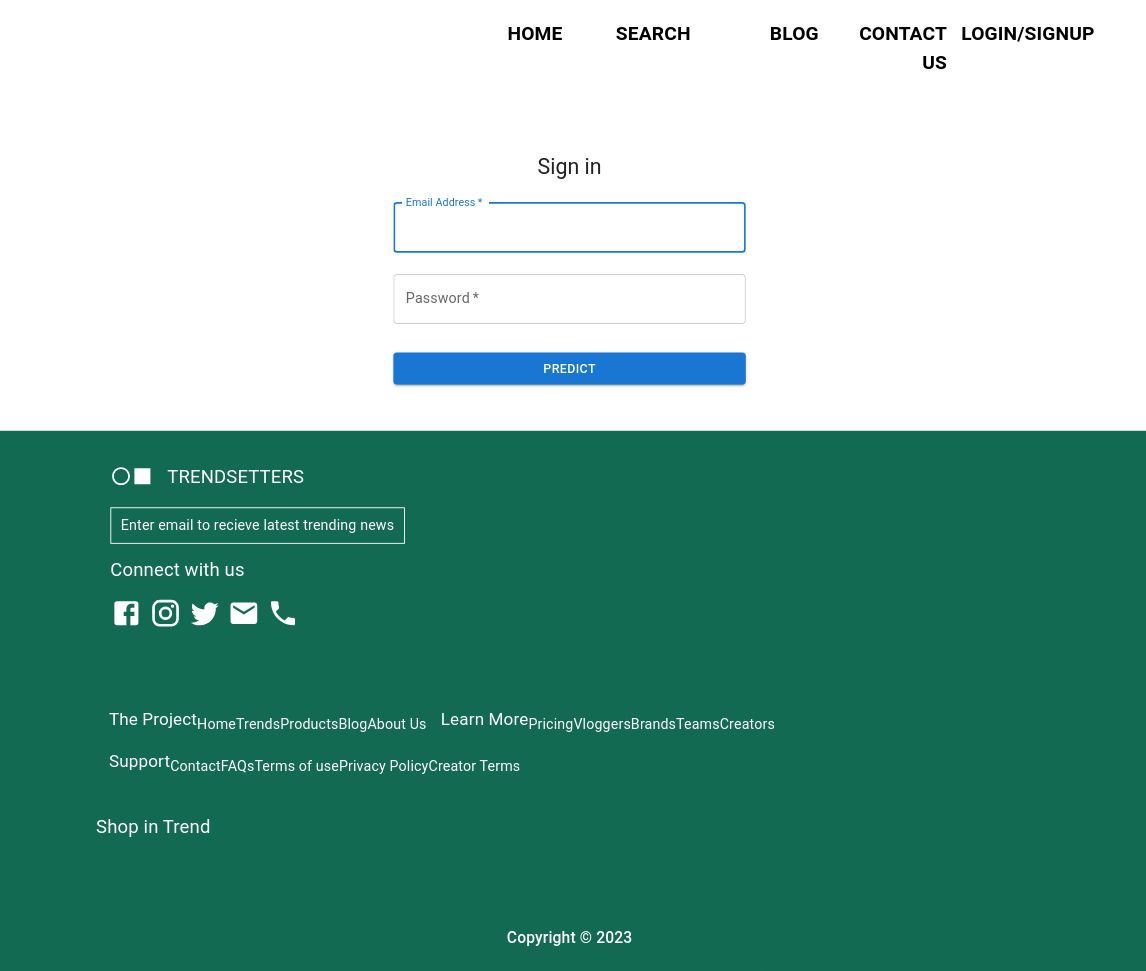
Repository: PRACHIP09/TRINIT_PICO-ZEN_DEV03
Page: /submitform
The author's editor kept a copy of each file at every save. The page is drawn from the files as they stood at one save, then again after the next save.
The browser window is 1280 px wide. The page is 1288 px wide, so the pictures cover 1288 px, including what lies to the right of the window. The pictures show the whole page, at 89% of full size.
Pictures or frames that could not be fetched are drawn as grey boxes. Some web fonts or font styles are not loaded; a fallback is used. The project was rebuilt for these pictures with package versions that can differ from the ones it lists, and the page was loaded fresh each time. Some packages were replaced by stand-ins written for this rebuild. Also part of the build but not shown: src/App.css, src/Pages/Login.jsx, src/Pages/HomePage.jsx, src/Pages/Signup.jsx, src/Pages/Contact.jsx, src/Components/ChatBot/Chatbot.jsx, src/Components/ChatBot/Footer.jsx, src/Components/Farmernavbar/Mobilenavbar.jsx and 29 more.

Above is the page before, as saved 2023-02-11 19:29:40.

### src/index.css
body {
  margin: 0;
  font-family: -apple-system, BlinkMacSystemFont, 'Segoe UI', 'Roboto', 'Oxygen',
    'Ubuntu', 'Cantarell', 'Fira Sans', 'Droid Sans', 'Helvetica Neue',
    sans-serif;
  -webkit-font-smoothing: antialiased;
  -moz-osx-font-smoothing: grayscale;
  text-align: center;
  background-color: #BDF2CD;
}

code {
  font-family: source-code-pro, Menlo, Monaco, Consolas, 'Courier New',
    monospace;
}

.top-marg{
  margin-top: 18rem;
}
.top-marg-signup{
  margin-top: 15rem;
}
.hide-feature{
  display: none;
}
@media screen and (max-width: 900px) {
  .top-marg, .top-marg-signup{
    margin-top: 4rem;
  }
}

### src/Components/ChatBot/Navbar.jsx
import React, { useState } from 'react'
import './Navbar.css';
import { Grid , Drawer} from '@mui/material';
import { NavLink } from 'react-router-dom';
import SmartToyIcon from '@mui/icons-material/SmartToy';
import Modal from "react-modal";
import SimpleForm from './Chatbot';
import ArrowForwardIosIcon from '@mui/icons-material/ArrowForwardIos';
import ArrowBackIosIcon from '@mui/icons-material/ArrowBackIos';
import Mobilenavbar from './Mobilenavbar';

const Navbar = () => {

  const [ModalOpen, setModalOpen] = useState(false);
  const [open, setOpen] = React.useState(false);
  const handleDrawerOpen = () => {
    setOpen(true);
  };
  const handleDrawerClose = () => {
    setOpen(false);
  };
  return (
    <div>
      <Grid container spacing={2} sx={{padding: "3vh 0vh"}}>
        <Grid item xs={4}></Grid>
        <Grid item xs={8} className="webnavbar">
          <Grid container spacing={2}
            sx={{ fontSize: "1.35rem", textDecoration: "none" , textAlign:"right"}}>
            <Grid item xs={3}>
              <NavLink exact activeClassName="active" to='/' className="indicator">HOME</NavLink>
            </Grid>
            <Grid item xs={2}>
              <NavLink activeClassName="active" to='/search' className="indicator">SEARCH</NavLink>
            </Grid>
            <Grid item xs={2}>
              <NavLink activeClassName="active" to='/blog' className="indicator">BLOG</NavLink>
            </Grid>
            <Grid item xs={2}>
              <NavLink activeClassName="active" to='/contactus' className="indicator">CONTACT US</NavLink>
            </Grid>
            <Grid item xs={2}>
              <NavLink activeClassName="active" to='/login' className="indicator">LOGIN/SIGNUP</NavLink>
            </Grid>
          </Grid>
        </Grid>
        <Grid item xs={8}
          style={{ textAlign: "right" }}
          className="mobilenavbar">
          <ArrowBackIosIcon style={{ width: "2rem", height: "2rem", cursor: "pointer" }}
            onClick={handleDrawerOpen} />
        </Grid>
      </Grid>
      <Drawer
        sx={{
          width: 500,
          flexShrink: 0,
          '& .MuiDrawer-paper': {
            width: 350,
            paddingRight: "2rem",
            boxShadow: "none",
            border: "none",
            boxSizing: 'border-box',
            backgroundColor: "#BDF2CD"
          },

        }}
        variant="persistent"
        anchor="right"
        open={open}
      >
        <ArrowForwardIosIcon onClick={handleDrawerClose}
          style={{ height: "2rem", width: "2rem", cursor: "pointer", marginLeft: "90%", marginTop: "2.5vh" }} />
        <Mobilenavbar />
      </Drawer>
    </div>
  )
}

export default Navbar

### src/Pages/Farmers/SubmitForm.jsx
import * as React from 'react';
import Avatar from '@mui/material/Avatar';
import Button from '@mui/material/Button';
import CssBaseline from '@mui/material/CssBaseline';
import TextField from '@mui/material/TextField';
import FormControlLabel from '@mui/material/FormControlLabel';
import Checkbox from '@mui/material/Checkbox';
import Link from '@mui/material/Link';
import Grid from '@mui/material/Grid';
import Box from '@mui/material/Box';
import LockOutlinedIcon from '@mui/icons-material/LockOutlined';
import Typography from '@mui/material/Typography';
import Container from '@mui/material/Container';
import { createTheme, ThemeProvider } from '@mui/material/styles';


const theme = createTheme();

export default function SignIn() {
  const handleSubmit = (event) => {
    event.preventDefault();
    const data = new FormData(event.currentTarget);
    console.log({
      email: data.get('email'),
      password: data.get('password'),
    });
  };

  return (
    <ThemeProvider theme={theme}>
      <Container component="main" maxWidth="xs">
        <CssBaseline />
        <Box
          sx={{
            marginTop: 8,
            display: 'flex',
            flexDirection: 'column',
            alignItems: 'center',
          }}
        >

          <Typography component="h1" variant="h5">
            Sign in
          </Typography>
          <Box component="form" onSubmit={handleSubmit} noValidate sx={{ mt: 1 }}>
            <TextField
              margin="normal"
              required
              fullWidth
              id="email"
              label="Email Address"
              name="email"
              autoComplete="email"
              autoFocus
            />
            <TextField
              margin="normal"
              required
              fullWidth
              name="password"
              label="Password"
              type="password"
              id="password"
              autoComplete="current-password"
            />
            <Button
              type="submit"
              fullWidth
              variant="contained"
              sx={{ mt: 3, mb: 2 }}
            >
              Predict
            </Button>

          </Box>
        </Box>

      </Container>
    </ThemeProvider>
  );
}

### src/Components/ChatBot/Navbar.css
@import url('https://fonts.googleapis.com/css2?family=Barrio&family=Cinzel+Decorative&family=La+Belle+Aurore&family=Lavishly+Yours&family=Libre+Barcode+128+Text&family=Libre+Barcode+39&family=Libre+Barcode+39+Text&family=Marck+Script&family=Monoton&family=Ms+Madi&family=Oranienbaum&family=Scada&family=Zilla+Slab+Highlight&display=swap');
body{
    font-family: 'Scada', sans-serif;
}
.active{
    text-decoration: none;
    color:#198769 !important;

}
.indicator
{
    text-decoration: none;
    color: black;
    font-weight: 600;
}
.mobilehead
{
    font-family: 'Ms Madi', cursive;
    font-weight: 600;

}
.fashionhead
{
    font-family: 'Libre Barcode 128 Text', cursive;
}
.elchead{
    font-family: 'Cinzel Decorative', cursive;
}
.btn
{
    font-family: 'Scada', sans-serif;
}
.btnstyle
{
    font-family: 'La Belle Aurore', cursive;
}
.cards :hover
{
    background-color: #7e3535;
    border:3px solid #f8f8f8;
}

button {
    cursor: pointer;
    font: inherit;
    margin: 0;
    padding: 0;
  }

  .button {
    background-color: #404663;
    color: #fff;
    border: 0;
    font-size: 2rem;
    font-weight: 400;
    padding: 0.5em 1.25em;
    border-radius: 0.5em;
    z-index: 999;
    position: relative;
    display: flex;
    gap: 0.5em;
    box-shadow:
      0px 1.7px 2.2px rgba(0, 0, 0, 0.02),
      0px 4px 5.3px rgba(0, 0, 0, 0.028),
      0px 7.5px 10px rgba(0, 0, 0, 0.035),
      0px 13.4px 17.9px rgba(0, 0, 0, 0.042),
      0px 25.1px 33.4px rgba(0, 0, 0, 0.05),
      0px 60px 80px rgba(0, 0, 0, 0.07);
  }

  .button:active {
    transform: scale(1.01);
  }
  .navbarfix{
    top:0;
    background-color: #7e3535;
    position: -webkit-sticky;
    position: sticky;
    display: block;

  }
  .fashioninner{
    text-decoration: none;
    color:"black";
    font-family: 'Libre Barcode 128 Text', cursive;
    font-size: 4rem;
  }
  .mobileinner{
    text-decoration: none;
    color:"black";
    font-family: 'Ms Madi', cursive;
    font-weight: 600;
    font-size: 3.2rem;

  }
  .travelinner{
    text-decoration: none;
    color:"black";
    font-family: 'Ms Madi', cursive;
    font-weight: 600;
    font-size: 3.2rem;
  }
  .electronicsinner{
    text-decoration: none;
    color:"black";
    font-family: 'Cinzel Decorative', cursive;
    font-size: 1.8rem;
    margin-top:5vh;
    font-weight: 600;
  }
  .electricalinner{
    text-decoration: none;
    color:"black";
    font-family: 'Cinzel Decorative', cursive;
    font-size: 1.8rem;
    font-weight: 600;
  }
  .homeinner{
    text-decoration: none;
    color:"black";
    font-family: 'La Belle Aurore', cursive;
    font-weight: 600;
    font-size: 2.2rem;
  }
  .groceryinner{
    text-decoration: none;
    color:"black";
    font-size: 2.5rem;
    font-weight: 600;
    letter-spacing: 2px;
  }



@media screen and (min-width: 900px) {
  .mobilenavbar{
      display:none;
  }
}
@media screen and (max-width: 900px) {
  .webnavbar{
      display:none;
  }
}

### src/Components/ChatBot/Mobilenavbar.jsx
import React, { useState } from 'react'
import './Navbar.css';
import { Grid } from '@mui/material';
import { NavLink } from 'react-router-dom';
const Mobilenavbar = () => {
    return (
        <div>
            <Grid container spacing={2}
                sx={{ fontSize: "1.35rem", textDecoration: "none" }}>
                <Grid item xs={12}>
                    <NavLink exact activeClassName="active" to='/' className="indicator">HOME</NavLink>
                </Grid>
                <Grid item xs={12}>
                    <NavLink activeClassName="active" to='/trends' className="indicator">TRENDS</NavLink>
                </Grid>
                <Grid item xs={12}>
                    <NavLink activeClassName="active" to='/blog' className="indicator">BLOG</NavLink>
                </Grid>
                <Grid item xs={12}>
                    <NavLink activeClassName="active" to='/contactus' className="indicator">CONTACT US</NavLink>
                </Grid>
                <Grid item xs={2}>
              <NavLink activeClassName="active" to='/login' className="indicator">LOGIN/SIGNUP</NavLink>
            </Grid>
            </Grid>
        </div>
    )
}

export default Mobilenavbar

### src/Components/Farmernavbar/Navbar.css
@import url('https://fonts.googleapis.com/css2?family=Barrio&family=Cinzel+Decorative&family=La+Belle+Aurore&family=Lavishly+Yours&family=Libre+Barcode+128+Text&family=Libre+Barcode+39&family=Libre+Barcode+39+Text&family=Marck+Script&family=Monoton&family=Ms+Madi&family=Oranienbaum&family=Scada&family=Zilla+Slab+Highlight&display=swap');
body{
    font-family: 'Scada', sans-serif;
}
.active{
    text-decoration: none;
    color:#198769 !important;

}
.indicator
{
    text-decoration: none;
    color: black;
    font-weight: 600;
}
.mobilehead
{
    font-family: 'Ms Madi', cursive;
    font-weight: 600;

}
.fashionhead
{
    font-family: 'Libre Barcode 128 Text', cursive;
}
.elchead{
    font-family: 'Cinzel Decorative', cursive;
}
.btn
{
    font-family: 'Scada', sans-serif;
}
.btnstyle
{
    font-family: 'La Belle Aurore', cursive;
}
.cards :hover
{
    background-color: #7e3535;
    border:3px solid #f8f8f8;
}

button {
    cursor: pointer;
    font: inherit;
    margin: 0;
    padding: 0;
  }

  .button {
    background-color: #404663;
    color: #fff;
    border: 0;
    font-size: 2rem;
    font-weight: 400;
    padding: 0.5em 1.25em;
    border-radius: 0.5em;
    z-index: 999;
    position: relative;
    display: flex;
    gap: 0.5em;
    box-shadow:
      0px 1.7px 2.2px rgba(0, 0, 0, 0.02),
      0px 4px 5.3px rgba(0, 0, 0, 0.028),
      0px 7.5px 10px rgba(0, 0, 0, 0.035),
      0px 13.4px 17.9px rgba(0, 0, 0, 0.042),
      0px 25.1px 33.4px rgba(0, 0, 0, 0.05),
      0px 60px 80px rgba(0, 0, 0, 0.07);
  }

  .button:active {
    transform: scale(1.01);
  }
  .navbarfix{
    top:0;
    background-color: #7e3535;
    position: -webkit-sticky;
    position: sticky;
    display: block;

  }
  .fashioninner{
    text-decoration: none;
    color:"black";
    font-family: 'Libre Barcode 128 Text', cursive;
    font-size: 4rem;
  }
  .mobileinner{
    text-decoration: none;
    color:"black";
    font-family: 'Ms Madi', cursive;
    font-weight: 600;
    font-size: 3.2rem;

  }
  .travelinner{
    text-decoration: none;
    color:"black";
    font-family: 'Ms Madi', cursive;
    font-weight: 600;
    font-size: 3.2rem;
  }
  .electronicsinner{
    text-decoration: none;
    color:"black";
    font-family: 'Cinzel Decorative', cursive;
    font-size: 1.8rem;
    margin-top:5vh;
    font-weight: 600;
  }
  .electricalinner{
    text-decoration: none;
    color:"black";
    font-family: 'Cinzel Decorative', cursive;
    font-size: 1.8rem;
    font-weight: 600;
  }
  .homeinner{
    text-decoration: none;
    color:"black";
    font-family: 'La Belle Aurore', cursive;
    font-weight: 600;
    font-size: 2.2rem;
  }
  .groceryinner{
    text-decoration: none;
    color:"black";
    font-size: 2.5rem;
    font-weight: 600;
    letter-spacing: 2px;
  }



@media screen and (min-width: 900px) {
  .mobilenavbar{
      display:none;
  }
}
@media screen and (max-width: 900px) {
  .webnavbar{
      display:none;
  }
}

### src/Components/Enthusiastsnavbar/Navbar.css
@import url('https://fonts.googleapis.com/css2?family=Barrio&family=Cinzel+Decorative&family=La+Belle+Aurore&family=Lavishly+Yours&family=Libre+Barcode+128+Text&family=Libre+Barcode+39&family=Libre+Barcode+39+Text&family=Marck+Script&family=Monoton&family=Ms+Madi&family=Oranienbaum&family=Scada&family=Zilla+Slab+Highlight&display=swap');
body{
    font-family: 'Scada', sans-serif;
}
.active{
    text-decoration: none;
    color:#198769 !important;

}
.indicator
{
    text-decoration: none;
    color: black;
    font-weight: 600;
}
.mobilehead
{
    font-family: 'Ms Madi', cursive;
    font-weight: 600;

}
.fashionhead
{
    font-family: 'Libre Barcode 128 Text', cursive;
}
.elchead{
    font-family: 'Cinzel Decorative', cursive;
}
.btn
{
    font-family: 'Scada', sans-serif;
}
.btnstyle
{
    font-family: 'La Belle Aurore', cursive;
}
.cards :hover
{
    background-color: #7e3535;
    border:3px solid #f8f8f8;
}

button {
    cursor: pointer;
    font: inherit;
    margin: 0;
    padding: 0;
  }

  .button {
    background-color: #404663;
    color: #fff;
    border: 0;
    font-size: 2rem;
    font-weight: 400;
    padding: 0.5em 1.25em;
    border-radius: 0.5em;
    z-index: 999;
    position: relative;
    display: flex;
    gap: 0.5em;
    box-shadow:
      0px 1.7px 2.2px rgba(0, 0, 0, 0.02),
      0px 4px 5.3px rgba(0, 0, 0, 0.028),
      0px 7.5px 10px rgba(0, 0, 0, 0.035),
      0px 13.4px 17.9px rgba(0, 0, 0, 0.042),
      0px 25.1px 33.4px rgba(0, 0, 0, 0.05),
      0px 60px 80px rgba(0, 0, 0, 0.07);
  }

  .button:active {
    transform: scale(1.01);
  }
  .navbarfix{
    top:0;
    background-color: #7e3535;
    position: -webkit-sticky;
    position: sticky;
    display: block;

  }
  .fashioninner{
    text-decoration: none;
    color:"black";
    font-family: 'Libre Barcode 128 Text', cursive;
    font-size: 4rem;
  }
  .mobileinner{
    text-decoration: none;
    color:"black";
    font-family: 'Ms Madi', cursive;
    font-weight: 600;
    font-size: 3.2rem;

  }
  .travelinner{
    text-decoration: none;
    color:"black";
    font-family: 'Ms Madi', cursive;
    font-weight: 600;
    font-size: 3.2rem;
  }
  .electronicsinner{
    text-decoration: none;
    color:"black";
    font-family: 'Cinzel Decorative', cursive;
    font-size: 1.8rem;
    margin-top:5vh;
    font-weight: 600;
  }
  .electricalinner{
    text-decoration: none;
    color:"black";
    font-family: 'Cinzel Decorative', cursive;
    font-size: 1.8rem;
    font-weight: 600;
  }
  .homeinner{
    text-decoration: none;
    color:"black";
    font-family: 'La Belle Aurore', cursive;
    font-weight: 600;
    font-size: 2.2rem;
  }
  .groceryinner{
    text-decoration: none;
    color:"black";
    font-size: 2.5rem;
    font-weight: 600;
    letter-spacing: 2px;
  }



@media screen and (min-width: 900px) {
  .mobilenavbar{
      display:none;
  }
}
@media screen and (max-width: 900px) {
  .webnavbar{
      display:none;
  }
}

### src/Components/Government.jsx/Navbar.css
@import url('https://fonts.googleapis.com/css2?family=Barrio&family=Cinzel+Decorative&family=La+Belle+Aurore&family=Lavishly+Yours&family=Libre+Barcode+128+Text&family=Libre+Barcode+39&family=Libre+Barcode+39+Text&family=Marck+Script&family=Monoton&family=Ms+Madi&family=Oranienbaum&family=Scada&family=Zilla+Slab+Highlight&display=swap');
body{
    font-family: 'Scada', sans-serif;
}
.active{
    text-decoration: none;
    color:#198769 !important;

}
.indicator
{
    text-decoration: none;
    color: black;
    font-weight: 600;
}
.mobilehead
{
    font-family: 'Ms Madi', cursive;
    font-weight: 600;

}
.fashionhead
{
    font-family: 'Libre Barcode 128 Text', cursive;
}
.elchead{
    font-family: 'Cinzel Decorative', cursive;
}
.btn
{
    font-family: 'Scada', sans-serif;
}
.btnstyle
{
    font-family: 'La Belle Aurore', cursive;
}
.cards :hover
{
    background-color: #7e3535;
    border:3px solid #f8f8f8;
}

button {
    cursor: pointer;
    font: inherit;
    margin: 0;
    padding: 0;
  }

  .button {
    background-color: #404663;
    color: #fff;
    border: 0;
    font-size: 2rem;
    font-weight: 400;
    padding: 0.5em 1.25em;
    border-radius: 0.5em;
    z-index: 999;
    position: relative;
    display: flex;
    gap: 0.5em;
    box-shadow:
      0px 1.7px 2.2px rgba(0, 0, 0, 0.02),
      0px 4px 5.3px rgba(0, 0, 0, 0.028),
      0px 7.5px 10px rgba(0, 0, 0, 0.035),
      0px 13.4px 17.9px rgba(0, 0, 0, 0.042),
      0px 25.1px 33.4px rgba(0, 0, 0, 0.05),
      0px 60px 80px rgba(0, 0, 0, 0.07);
  }

  .button:active {
    transform: scale(1.01);
  }
  .navbarfix{
    top:0;
    background-color: #7e3535;
    position: -webkit-sticky;
    position: sticky;
    display: block;

  }
  .fashioninner{
    text-decoration: none;
    color:"black";
    font-family: 'Libre Barcode 128 Text', cursive;
    font-size: 4rem;
  }
  .mobileinner{
    text-decoration: none;
    color:"black";
    font-family: 'Ms Madi', cursive;
    font-weight: 600;
    font-size: 3.2rem;

  }
  .travelinner{
    text-decoration: none;
    color:"black";
    font-family: 'Ms Madi', cursive;
    font-weight: 600;
    font-size: 3.2rem;
  }
  .electronicsinner{
    text-decoration: none;
    color:"black";
    font-family: 'Cinzel Decorative', cursive;
    font-size: 1.8rem;
    margin-top:5vh;
    font-weight: 600;
  }
  .electricalinner{
    text-decoration: none;
    color:"black";
    font-family: 'Cinzel Decorative', cursive;
    font-size: 1.8rem;
    font-weight: 600;
  }
  .homeinner{
    text-decoration: none;
    color:"black";
    font-family: 'La Belle Aurore', cursive;
    font-weight: 600;
    font-size: 2.2rem;
  }
  .groceryinner{
    text-decoration: none;
    color:"black";
    font-size: 2.5rem;
    font-weight: 600;
    letter-spacing: 2px;
  }



@media screen and (min-width: 900px) {
  .mobilenavbar{
      display:none;
  }
}
@media screen and (max-width: 900px) {
  .webnavbar{
      display:none;
  }
}

Loaded but not shown: public/index.html (common file); src/reportWebVitals.js (common file); src/App.js (64 lines, source omitted); src/index.js (17 lines, source omitted); src/Components/Farmernavbar/StickyFooter.jsx (181 lines, source omitted)

After the next save:
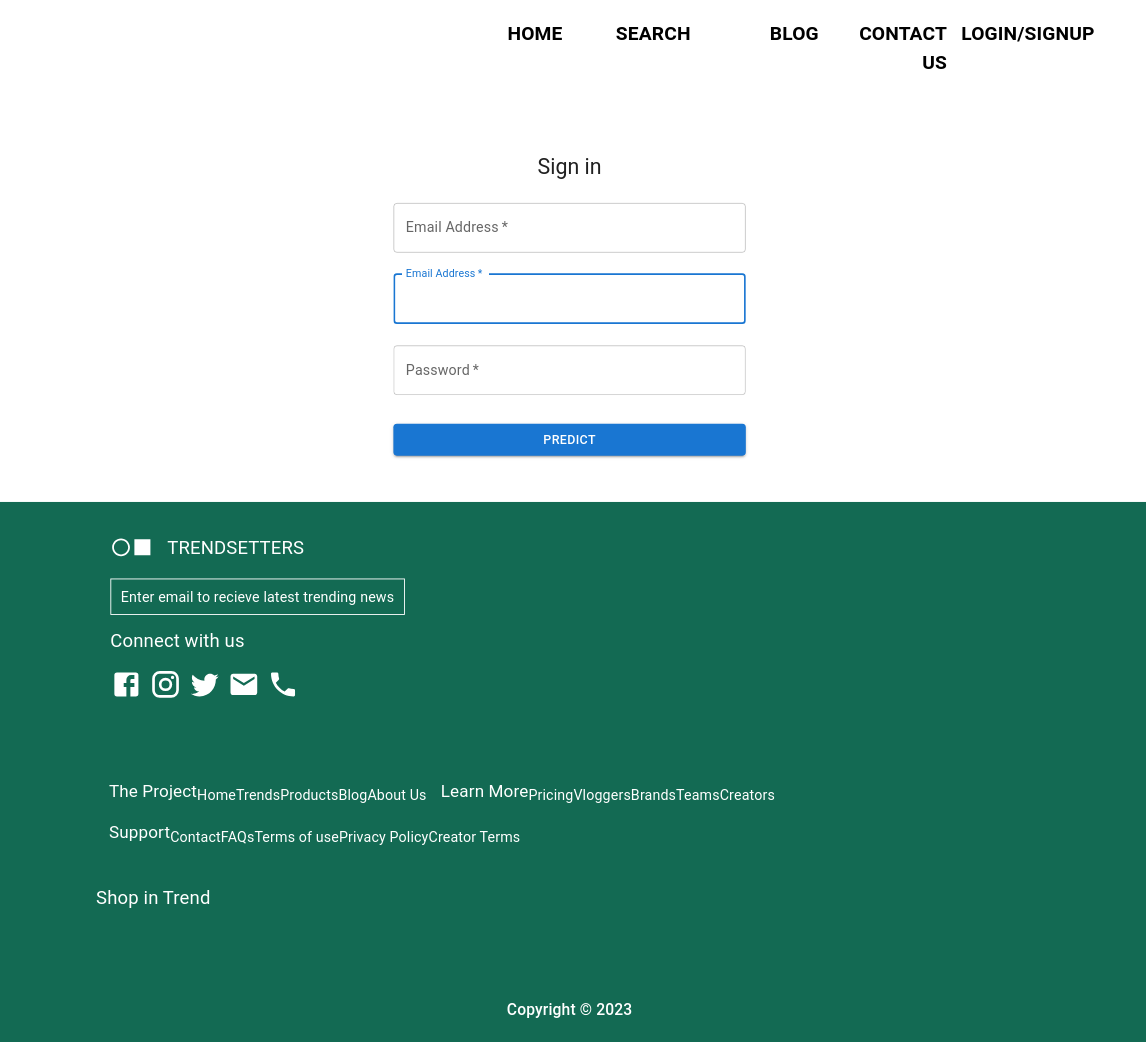
Saved 12 s later.
--- a/src/Pages/Farmers/SubmitForm.jsx
+++ b/src/Pages/Farmers/SubmitForm.jsx
@@ -57,6 +57,16 @@ export default function SignIn() {
               margin="normal"
               required
               fullWidth
+              id="email"
+              label="Email Address"
+              name="email"
+              autoComplete="email"
+              autoFocus
+            />
+            <TextField
+              margin="normal"
+              required
+              fullWidth
               name="password"
               label="Password"
               type="password"
